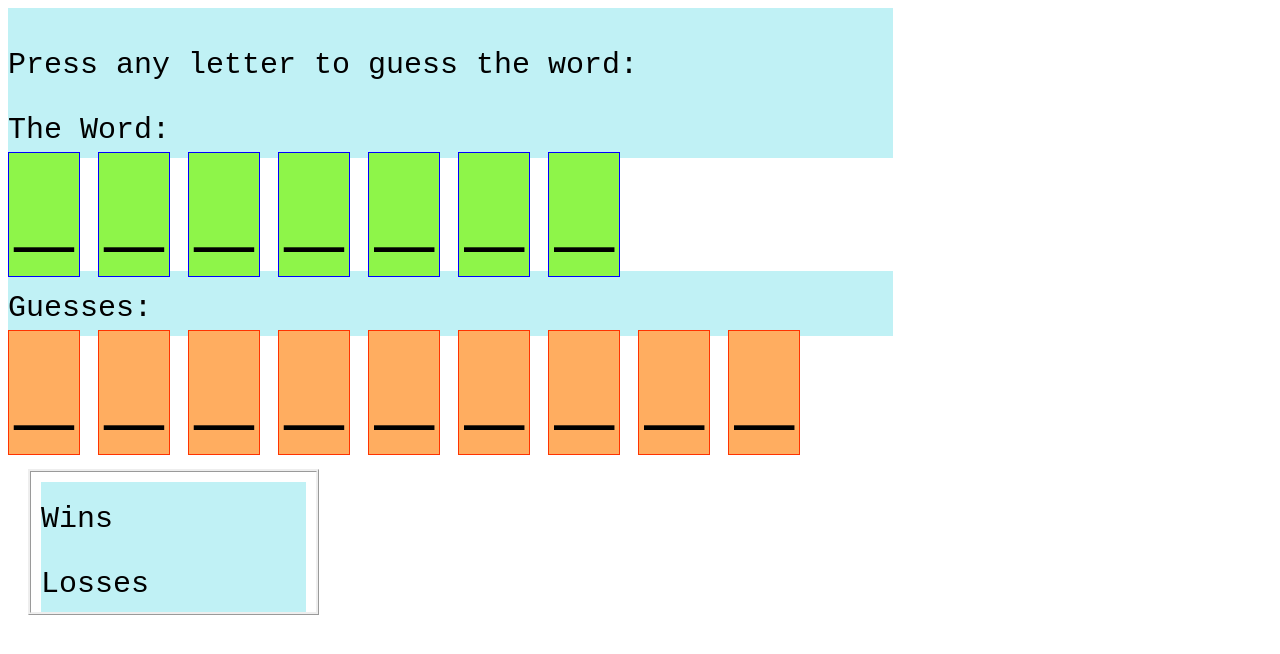
Repository: dsaftler/JavaScript
Page: index.html
An editor plug-in stored every save of this project. The page is shown before and after the next save, followed by the edit.
The browser window is 1280 px wide. The pictures show the whole page.

Above is the page before, as saved 2019-03-30 23:12:31.

After the next save:
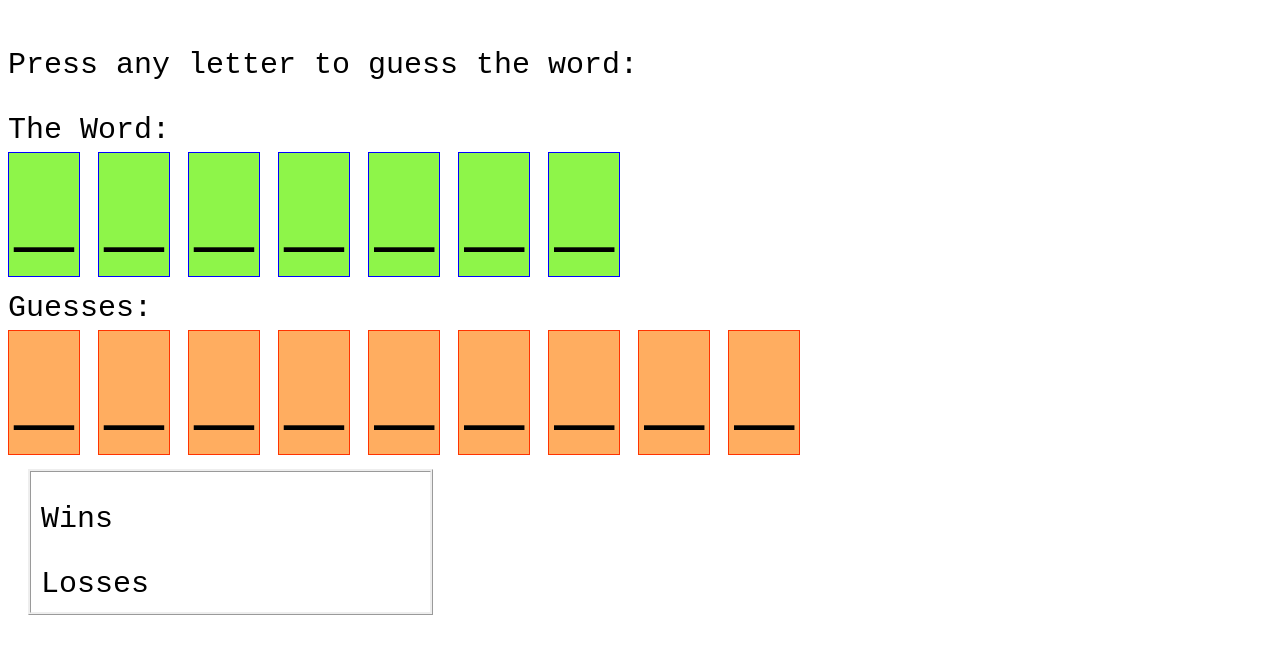
Saved 4 min 5 s later.
--- a/assets/css/style.css
+++ b/assets/css/style.css
@@ -1,14 +1,15 @@
 body {font-family: 'Ubuntu+Mono',monospace, sans-serif;
 font-weight: 400}
-.showtext {height:35px;
-padding: 20px 0 10px;
-font-size: 30px;
 background-color: rgb(192, 241, 245)
+height: 600px;
 }
 .container {width:70%;
   max-width: 960px;
 /* background-image: "url('assets/images/Hangman.png')"; */
-;
+ }
+ .showtext {height:35px;
+  padding: 20px 0 10px;
+  font-size: 30px;
  }
 .letter {font-size: 100px;
   display: inline;
